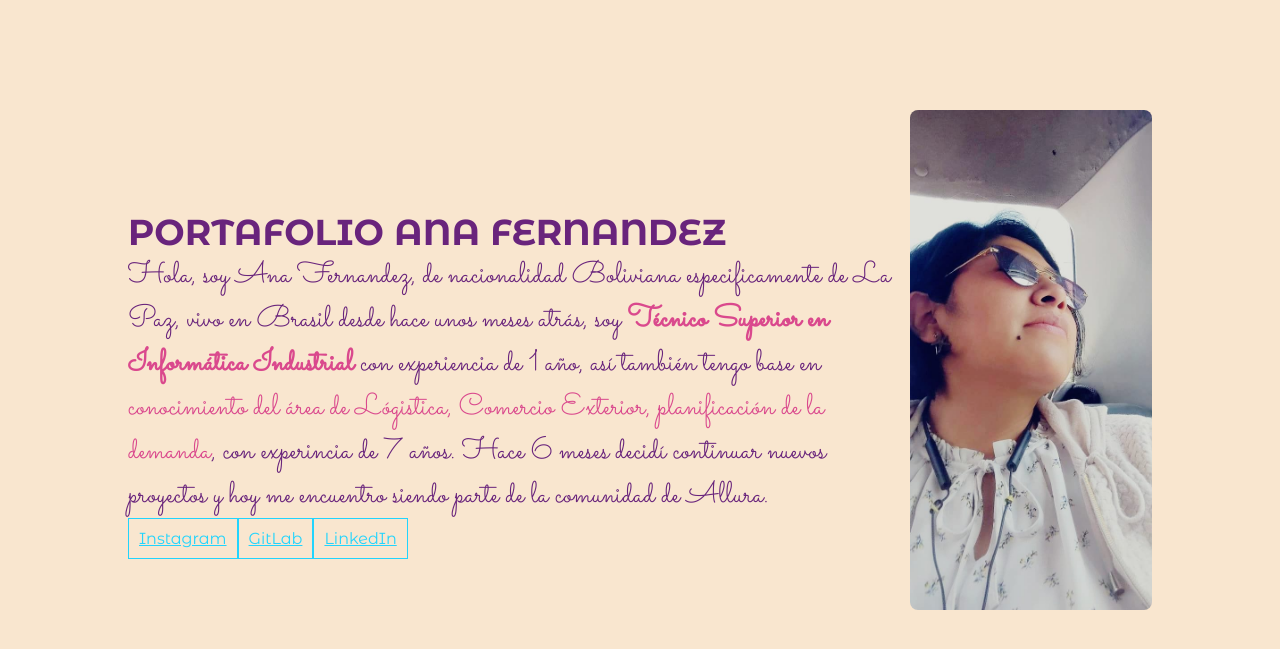
Repository: AnaFzCz/PROYECTOS-HTML---CSS2
Page: Portafolio/index.html
These files come from the project's save history. The page is drawn as it stood at one moment and after the next save; the edit follows.
The browser window is 1280 px wide. The pictures show the whole page.

Above is the page before, as saved 2025-01-27 05:05:36.

After the next save:
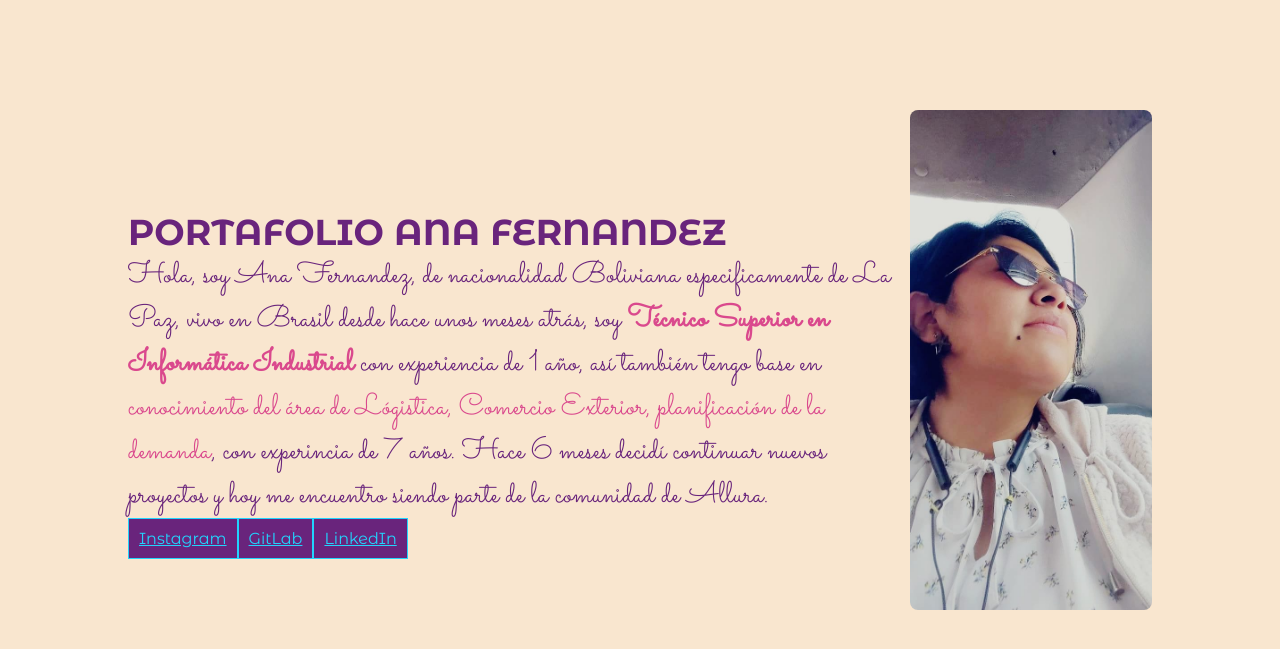
Saved 4 min 25 s later.
--- a/Portafolio/style.css
+++ b/Portafolio/style.css
@@ -82,6 +82,10 @@ a {
   justify-content: space-between;
 }
 
+.presentacion_links_link{
+  background-color:#69247C;
+}
+
 .bot {
   margin-top: 20px;
   display: flex;
